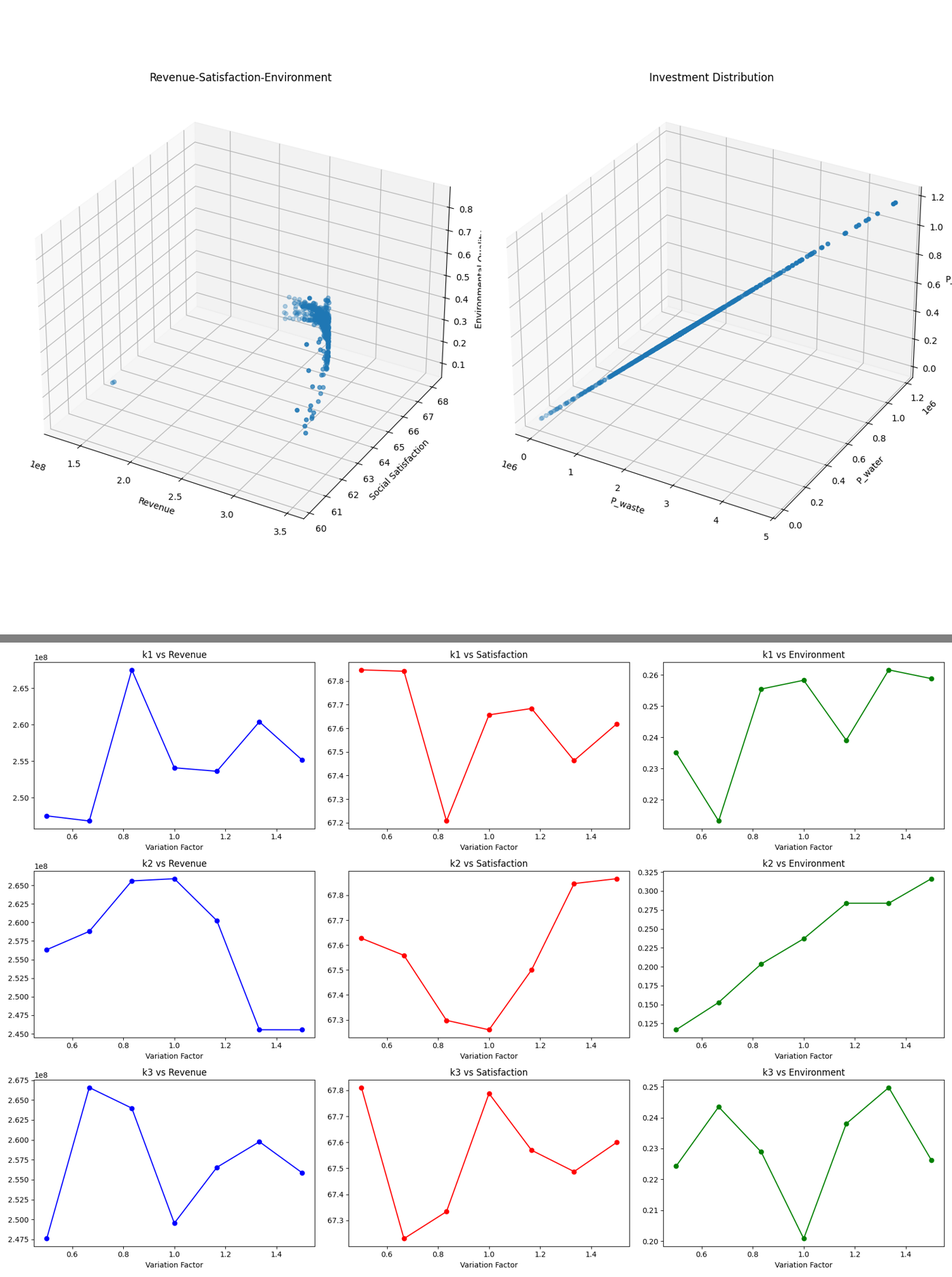
Repository: Kevinye0116/MCM
Script's output: python Coding/trial3s2.py
The author's editor kept a copy of each file at every save. The script's output is drawn from the files as they stood at one save, then again after the next save.
The pictures are shown at 68% of full size.
Each picture stacks the figures in order, with grey between them; figures that are only written to a file come last. Figures wider than 1,400 px are first shrunk to that width. Random numbers start from a fixed seed.

Above is the script's output before, as saved 2025-01-26 09:09:47.

After the next save:
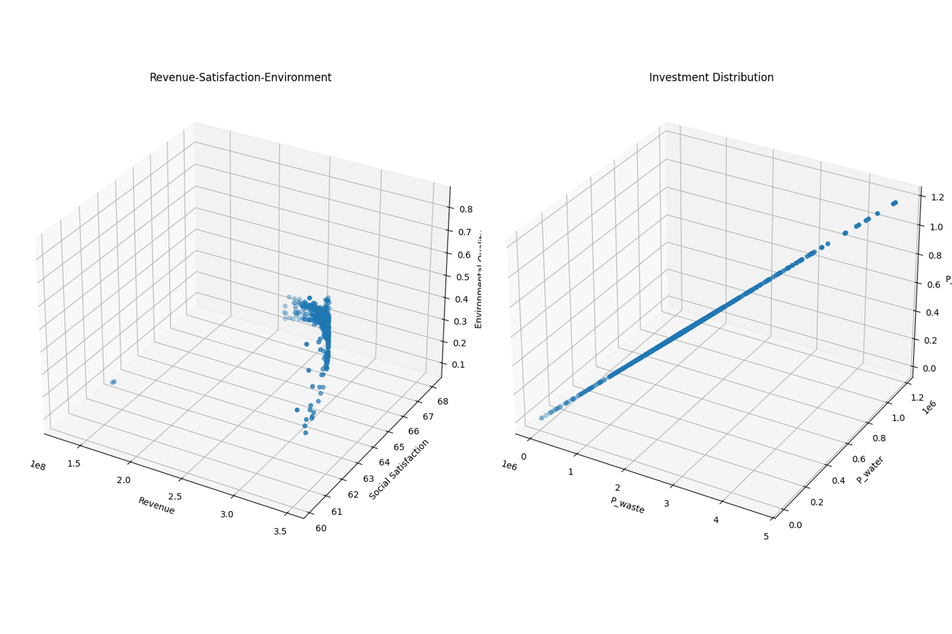
Saved 4 min 43 s later.
--- a/Coding/trial3s2.py
+++ b/Coding/trial3s2.py
@@ -360,68 +360,6 @@ class TourismOptimization:
         axes[1, 1].set_ylabel("Revenue", color="b")
         ax2.set_ylabel("Satisfaction", color="r")
         axes[1, 1].legend(handles=[l1, l2])
-
-        plt.tight_layout()
-        plt.show()
-
-    def sensitivity_analysis(self, parameter_names: List[str], variations: int = 5):
-        """执行敏感性分析"""
-        fig, axes = plt.subplots(
-            len(parameter_names), 3, figsize=(18, len(parameter_names) * 4)
-        )
-        if len(parameter_names) == 1:
-            axes = [axes]  # 确保单参数时的维度一致性
-
-        base_parameters = {name: getattr(self, name) for name in parameter_names}
-
-        for idx, param_name in enumerate(parameter_names):
-            original_value = getattr(self, param_name)
-            variations_values = np.linspace(
-                0.5 * original_value, 1.5 * original_value, variations
-            )
-
-            revenues = []
-            satisfactions = []
-            environments = []
-
-            for val in variations_values:
-                setattr(self, param_name, val)
-                pareto_front = self.pareto_optimization(
-                    population_size=50, generations=20
-                )
-                if len(pareto_front) > 0:
-                    obj_values = np.array(
-                        [
-                            [
-                                self.calculate_revenue(x),
-                                self.calculate_social_satisfaction(x),
-                                self.calculate_environmental_quality(x),
-                            ]
-                            for x in pareto_front
-                        ]
-                    )
-                    revenues.append(obj_values[:, 0].mean())
-                    satisfactions.append(obj_values[:, 1].mean())
-                    environments.append(obj_values[:, 2].mean())
-                else:
-                    revenues.append(0)
-                    satisfactions.append(0)
-                    environments.append(0)
-
-                setattr(self, param_name, original_value)  # 恢复原始值
-
-            # 绘制敏感性分析结果
-            axes[idx][0].plot(variations_values / original_value, revenues, "bo-")
-            axes[idx][0].set_title(f"{param_name} vs Revenue")
-            axes[idx][0].set_xlabel("Variation Factor")
-
-            axes[idx][1].plot(variations_values / original_value, satisfactions, "ro-")
-            axes[idx][1].set_title(f"{param_name} vs Satisfaction")
-            axes[idx][1].set_xlabel("Variation Factor")
-
-            axes[idx][2].plot(variations_values / original_value, environments, "go-")
-            axes[idx][2].set_title(f"{param_name} vs Environment")
-            axes[idx][2].set_xlabel("Variation Factor")
 
         plt.tight_layout()
         plt.show()
@@ -461,13 +399,33 @@ def main():
         print(f"Water Resource Investment: {P_water:.2f}")
         print(f"Environmental Investment: {P_e:.2f}")
 
-    # Perform sensitivity analysis
-    print("\nPerforming sensitivity analysis...")
-    analyzer = TourismOptimization()
-    parameters_to_analyze = ["k1", "k2", "k3", "k5", "k6", "k7", "Nt_max", "tau_max"]
-    analyzer.sensitivity_analysis(
-        parameters_to_analyze[:3], variations=7
-    )  # 示例分析前3个参数
+    # Select an example solution for system dynamics simulation
+    # if len(pareto_front) > 0:
+    #     # Choose the solution with highest revenue as example
+    #     example_solution = max(
+    #         pareto_front, key=lambda x: optimizer.calculate_revenue(x)
+    #     )
+
+    #     print("\nSelected example solution (highest revenue):")
+    #     print(f"Tourist Numbers: {example_solution[0]:.0f}")
+    #     print(f"Tourism Tax: {example_solution[1]:.2f}")
+    #     print(f"Tourist Consumption: {example_solution[2]:.2f}")
+    #     print(f"Expected Revenue: {optimizer.calculate_revenue(example_solution):.2f}")
+    #     print(
+    #         f"Social Satisfaction: {optimizer.calculate_social_satisfaction(example_solution):.2f}"
+    #     )
+    #     print(
+    #         f"Environmental Quality: {optimizer.calculate_environmental_quality(example_solution):.2f}"
+    #     )
+
+    #     # Simulate system dynamics
+    #     # print("\nSimulating system dynamics...")
+    #     history = optimizer.simulate_system(example_solution, time_steps=50)
+
+    #     # Visualize simulation results
+    #     # optimizer.plot_simulation_results(history)
+    # else:
+    #     print("No feasible solutions found!")
 
 
 if __name__ == "__main__":
